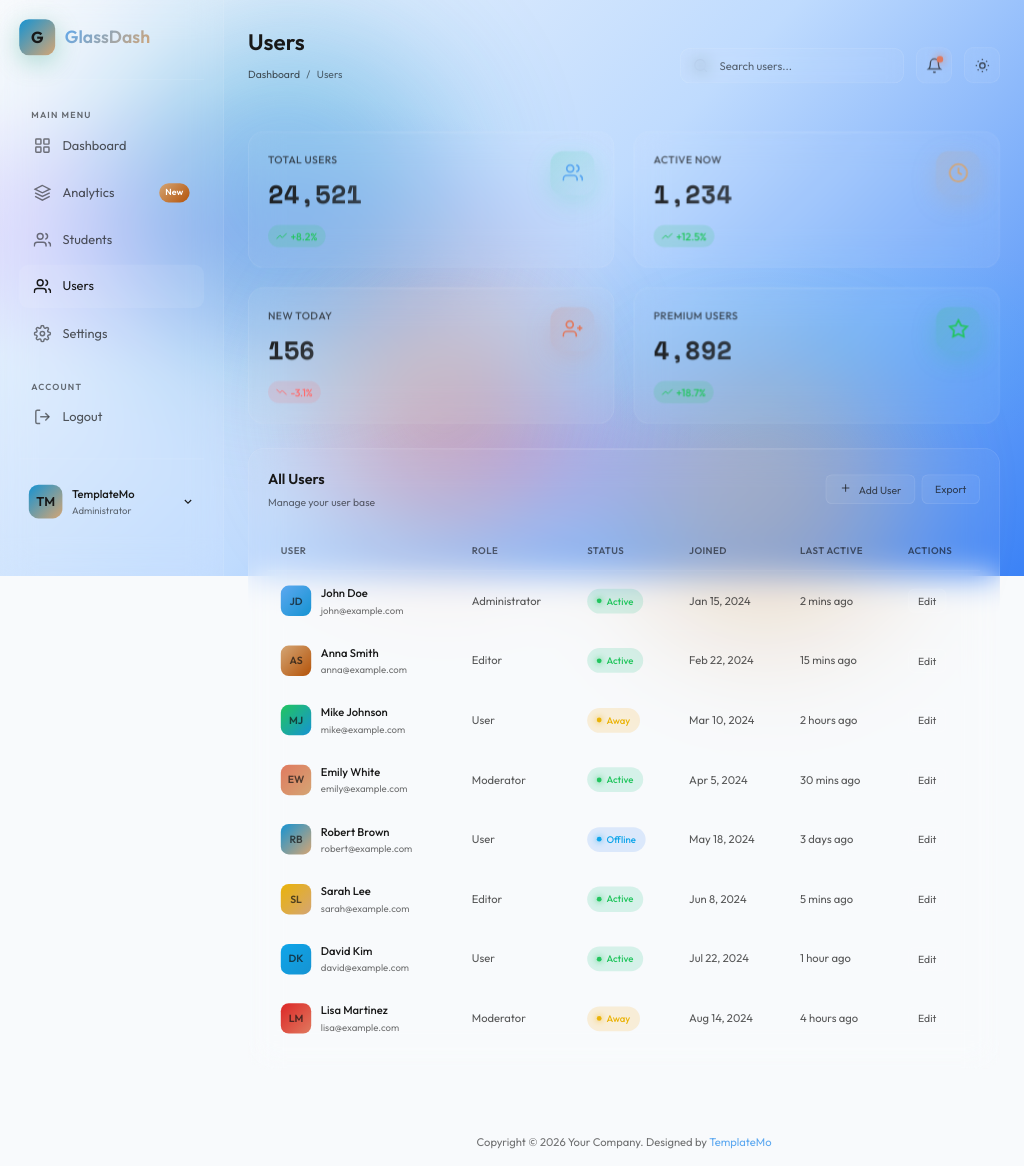
Repository: JetSpy-404/Storyboarding
Page: users.html
An editor plug-in stored every save of this project. The page is shown before and after a run of saves, followed by the edit.
The browser window is 1280 px wide. The pictures show the whole page, at 80% of full size.

Above is the page before, as saved 2026-03-29 19:42:24.

After the next 2 saves:
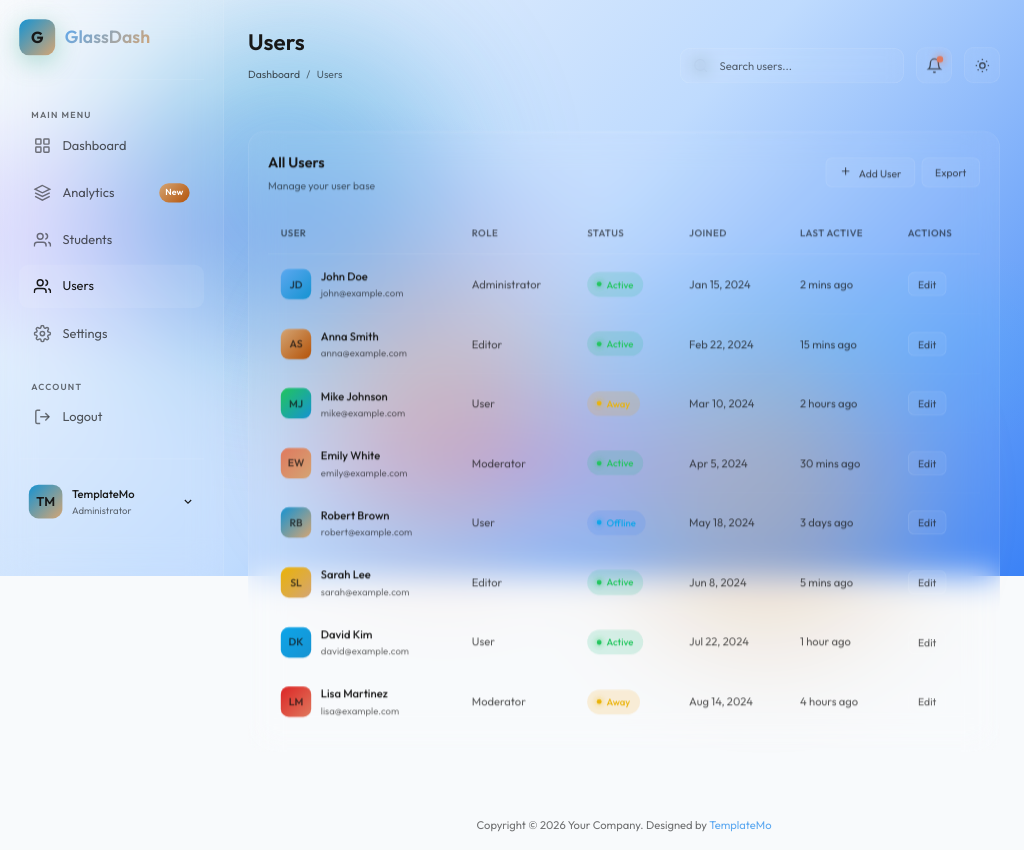
The 2 saves are shown as one change because they came seconds apart.
The last was saved 85 s later.
--- a/users.html
+++ b/users.html
@@ -153,83 +153,6 @@ https://templatemo.com/tm-607-glass-admin
                 </div>
             </nav>
 
-            <!-- Stats Cards -->
-            <section class="stats-grid">
-                <div class="glass-card glass-card-3d stat-card">
-                    <div class="stat-card-inner">
-                        <div class="stat-info">
-                            <h3>Total Users</h3>
-                            <div class="stat-value">24,521</div>
-                            <span class="stat-change positive">
-                                <svg width="14" height="14" viewBox="0 0 24 24" fill="none" stroke="currentColor" stroke-width="2"><polyline points="23 6 13.5 15.5 8.5 10.5 1 18"/></svg>
-                                +8.2%
-                            </span>
-                        </div>
-                        <div class="stat-icon cyan">
-                            <svg viewBox="0 0 24 24" fill="none" stroke="var(--emerald-light)" stroke-width="2">
-                                <path d="M17 21v-2a4 4 0 0 0-4-4H5a4 4 0 0 0-4 4v2"/><circle cx="9" cy="7" r="4"/>
-                                <path d="M23 21v-2a4 4 0 0 0-3-3.87"/><path d="M16 3.13a4 4 0 0 1 0 7.75"/>
-                            </svg>
-                        </div>
-                    </div>
-                </div>
-
-                <div class="glass-card glass-card-3d stat-card">
-                    <div class="stat-card-inner">
-                        <div class="stat-info">
-                            <h3>Active Now</h3>
-                            <div class="stat-value">1,234</div>
-                            <span class="stat-change positive">
-                                <svg width="14" height="14" viewBox="0 0 24 24" fill="none" stroke="currentColor" stroke-width="2"><polyline points="23 6 13.5 15.5 8.5 10.5 1 18"/></svg>
-                                +12.5%
-                            </span>
-                        </div>
-                        <div class="stat-icon magenta">
-                            <svg viewBox="0 0 24 24" fill="none" stroke="var(--gold)" stroke-width="2">
-                                <circle cx="12" cy="12" r="10"/><path d="M12 6v6l4 2"/>
-                            </svg>
-                        </div>
-                    </div>
-                </div>
-
-                <div class="glass-card glass-card-3d stat-card">
-                    <div class="stat-card-inner">
-                        <div class="stat-info">
-                            <h3>New Today</h3>
-                            <div class="stat-value">156</div>
-                            <span class="stat-change negative">
-                                <svg width="14" height="14" viewBox="0 0 24 24" fill="none" stroke="currentColor" stroke-width="2"><polyline points="23 18 13.5 8.5 8.5 13.5 1 6"/></svg>
-                                -3.1%
-                            </span>
-                        </div>
-                        <div class="stat-icon purple">
-                            <svg viewBox="0 0 24 24" fill="none" stroke="var(--coral)" stroke-width="2">
-                                <path d="M16 21v-2a4 4 0 0 0-4-4H5a4 4 0 0 0-4 4v2"/><circle cx="8.5" cy="7" r="4"/>
-                                <line x1="20" y1="8" x2="20" y2="14"/><line x1="23" y1="11" x2="17" y2="11"/>
-                            </svg>
-                        </div>
-                    </div>
-                </div>
-
-                <div class="glass-card glass-card-3d stat-card">
-                    <div class="stat-card-inner">
-                        <div class="stat-info">
-                            <h3>Premium Users</h3>
-                            <div class="stat-value">4,892</div>
-                            <span class="stat-change positive">
-                                <svg width="14" height="14" viewBox="0 0 24 24" fill="none" stroke="currentColor" stroke-width="2"><polyline points="23 6 13.5 15.5 8.5 10.5 1 18"/></svg>
-                                +18.7%
-                            </span>
-                        </div>
-                        <div class="stat-icon success">
-                            <svg viewBox="0 0 24 24" fill="none" stroke="var(--success)" stroke-width="2">
-                                <polygon points="12 2 15.09 8.26 22 9.27 17 14.14 18.18 21.02 12 17.77 5.82 21.02 7 14.14 2 9.27 8.91 8.26 12 2"/>
-                            </svg>
-                        </div>
-                    </div>
-                </div>
-            </section>
-
             <!-- Users Table -->
             <section class="content-grid" style="grid-template-columns: 1fr;">
                 <div class="glass-card table-card" style="grid-column: span 1;">
